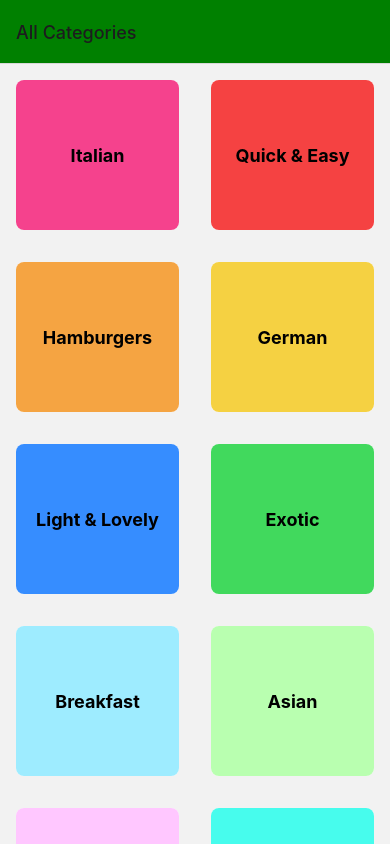
Repository: SyLe-Van/Food-Category-App
Screen: /
These files come from the project's save history. The screen is drawn as it stood at one moment and after the next save; the edit follows.
An inner scrolling area shows only its first screen. The app was drawn by React Native's web renderer in a window 390 px wide. The project was rebuilt for these pictures with package versions that can differ from the ones it lists, and the page was loaded fresh each time. Also part of the build but not shown: components/MealItem.js, screens/MealsOverViewScreen.js.

Above is the screen before, as saved 2024-02-19 14:41:30.

### App.js
import { StatusBar } from "expo-status-bar";
import { StyleSheet } from "react-native";
import { NavigationContainer } from "@react-navigation/native";
import { createNativeStackNavigator } from "@react-navigation/native-stack";

import CategoriesScreen from "./screens/CategoriesScreen";
import MealsOverviewScreen from "./screens/MealsOverViewScreen";

const Stack = createNativeStackNavigator();

export default function App() {
  return (
    <>
      <StatusBar style="dark" />
      <NavigationContainer>
        <Stack.Navigator>
          <Stack.Screen
            name="MealsCategories"
            component={CategoriesScreen}
            options={{
              title: "All Categories",
              headerStyle: {
                backgroundColor: "green",
              },
            }}
          />
          <Stack.Screen name="MealsOverview" component={MealsOverviewScreen} />
        </Stack.Navigator>
      </NavigationContainer>
    </>
  );
}

const styles = StyleSheet.create({
  container: {
    flex: 1,
    backgroundColor: "#fff",
    alignItems: "center",
    justifyContent: "center",
  },
});

### screens/CategoriesScreen.js
import { FlatList } from "react-native";
import { CATEGORIES } from "../data/dummy-data";
import CategoryGridTile from "../components/CategoryGridTile";

function CategoriesScreen({ navigation }) {
  function renderCategoryItem(itemData) {
    function pressHandler() {
      navigation.navigate("MealsOverview", {
        categoryId: itemData.item.id,
      });
    }
    return (
      <CategoryGridTile
        title={itemData.item.title}
        color={itemData.item.color}
        onPress={pressHandler}
      />
    );
  }
  return (
    <FlatList
      data={CATEGORIES}
      keyExtractor={(item) => item.id}
      renderItem={renderCategoryItem}
      numColumns={2}
    />
  );
}
export default CategoriesScreen;

### data/dummy-data.js
import Category from "../models/category";
import Meal from "../models/meal";

export const CATEGORIES = [
  new Category("c1", "Italian", "#f5428d"),
  new Category("c2", "Quick & Easy", "#f54242"),
  new Category("c3", "Hamburgers", "#f5a442"),
  new Category("c4", "German", "#f5d142"),
  new Category("c5", "Light & Lovely", "#368dff"),
  new Category("c6", "Exotic", "#41d95d"),
  new Category("c7", "Breakfast", "#9eecff"),
  new Category("c8", "Asian", "#b9ffb0"),
  new Category("c9", "French", "#ffc7ff"),
  new Category("c10", "Summer", "#47fced"),
];

export const MEALS = [
  new Meal(
    "m1",
    ["c1", "c2"],
    "Spaghetti with Tomato Sauce",
    "affordable",
    "simple",
    "https://upload.wikimedia.org/wikipedia/commons/thumb/2/20/Spaghetti_Bolognese_mit_Parmesan_oder_Grana_Padano.jpg/800px-Spaghetti_Bolognese_mit_Parmesan_oder_Grana_Padano.jpg",
    20,
    [
      "4 Tomatoes",
      "1 Tablespoon of Olive Oil",
      "1 Onion",
      "250g Spaghetti",
      "Spices",
      "Cheese (optional)",
    ],
    [
      "Cut the tomatoes and the onion into small pieces.",
      "Boil some water - add salt to it once it boils.",
      "Put the spaghetti into the boiling water - they should be done in about 10 to 12 minutes.",
      "In the meantime, heaten up some olive oil and add the cut onion.",
      "After 2 minutes, add the tomato pieces, salt, pepper and your other spices.",
      "The sauce will be done once the spaghetti are.",
      "Feel free to add some cheese on top of the finished dish.",
    ],
    false,
    true,
    true,
    true
  ),

  new Meal(
    "m2",
    ["c2"],
    "Toast Hawaii",
    "affordable",
    "simple",
    "https://cdn.pixabay.com/photo/2018/07/11/21/51/toast-3532016_1280.jpg",
    10,
    [
      "1 Slice White Bread",
      "1 Slice Ham",
      "1 Slice Pineapple",
      "1-2 Slices of Cheese",
      "Butter",
    ],
    [
      "Butter one side of the white bread",
      "Layer ham, the pineapple and cheese on the white bread",
      "Bake the toast for round about 10 minutes in the oven at 200°C",
    ],
    false,
    false,
    false,
    false
  ),

  new Meal(
    "m3",
    ["c3"],
    "Classic Hamburger",
    "pricey",
    "simple",
    "https://cdn.pixabay.com/photo/2014/10/23/18/05/burger-500054_1280.jpg",
    45,
    [
      "300g Cattle Hack",
      "1 Tomato",
      "1 Cucumber",
      "1 Onion",
      "Ketchup",
      "2 Burger Buns",
    ],
    [
      "Form 2 patties",
      "Fry the patties for c. 4 minutes on each side",
      "Quickly fry the buns for c. 1 minute on each side",
      "Bruch buns with ketchup",
      "Serve burger with tomato, cucumber and onion",
    ],
    false,
    false,
    false,
    true
  ),

  new Meal(
    "m4",
    ["c4"],
    "Wiener Schnitzel",
    "luxurious",
    "challenging",
    "https://cdn.pixabay.com/photo/2018/03/31/19/29/schnitzel-3279045_1280.jpg",
    60,
    [
      "8 Veal Cutlets",
      "4 Eggs",
      "200g Bread Crumbs",
      "100g Flour",
      "300ml Butter",
      "100g Vegetable Oil",
      "Salt",
      "Lemon Slices",
    ],
    [
      "Tenderize the veal to about 2–4mm, and salt on both sides.",
      "On a flat plate, stir the eggs briefly with a fork.",
      "Lightly coat the cutlets in flour then dip into the egg, and finally, coat in breadcrumbs.",
      "Heat the butter and oil in a large pan (allow the fat to get very hot) and fry the schnitzels until golden brown on both sides.",
      "Make sure to toss the pan regularly so that the schnitzels are surrounded by oil and the crumbing becomes ‘fluffy’.",
      "Remove, and drain on kitchen paper. Fry the parsley in the remaining oil and drain.",
      "Place the schnitzels on awarmed plate and serve garnishedwith parsley and slices of lemon.",
    ],
    false,
    false,
    false,
    false
  ),

  new Meal(
    "m5",
    ["c2", "c5", "c10"],
    "Salad with Smoked Salmon",
    "luxurious",
    "simple",
    "https://cdn.pixabay.com/photo/2016/10/25/13/29/smoked-salmon-salad-1768890_1280.jpg",
    15,
    [
      "Arugula",
      "Lamb's Lettuce",
      "Parsley",
      "Fennel",
      "200g Smoked Salmon",
      "Mustard",
      "Balsamic Vinegar",
      "Olive Oil",
      "Salt and Pepper",
    ],
    [
      "Wash and cut salad and herbs",
      "Dice the salmon",
      "Process mustard, vinegar and olive oil into a dessing",
      "Prepare the salad",
      "Add salmon cubes and dressing",
    ],
    true,
    false,
    true,
    true
  ),

  new Meal(
    "m6",
    ["c6", "c10"],
    "Delicious Orange Mousse",
    "affordable",
    "hard",
    "https://cdn.pixabay.com/photo/2017/05/01/05/18/pastry-2274750_1280.jpg",
    240,
    [
      "4 Sheets of Gelatine",
      "150ml Orange Juice",
      "80g Sugar",
      "300g Yoghurt",
      "200g Cream",
      "Orange Peel",
    ],
    [
      "Dissolve gelatine in pot",
      "Add orange juice and sugar",
      "Take pot off the stove",
      "Add 2 tablespoons of yoghurt",
      "Stir gelatin under remaining yoghurt",
      "Cool everything down in the refrigerator",
      "Whip the cream and lift it under die orange mass",
      "Cool down again for at least 4 hours",
      "Serve with orange peel",
    ],
    true,
    false,
    true,
    false
  ),

  new Meal(
    "m7",
    ["c7"],
    "Pancakes",
    "affordable",
    "simple",
    "https://cdn.pixabay.com/photo/2018/07/10/21/23/pancake-3529653_1280.jpg",
    20,
    [
      "1 1/2 Cups all-purpose Flour",
      "3 1/2 Teaspoons Baking Powder",
      "1 Teaspoon Salt",
      "1 Tablespoon White Sugar",
      "1 1/4 cups Milk",
      "1 Egg",
      "3 Tablespoons Butter, melted",
    ],
    [
      "In a large bowl, sift together the flour, baking powder, salt and sugar.",
      "Make a well in the center and pour in the milk, egg and melted butter; mix until smooth.",
      "Heat a lightly oiled griddle or frying pan over medium high heat.",
      "Pour or scoop the batter onto the griddle, using approximately 1/4 cup for each pancake. Brown on both sides and serve hot.",
    ],
    true,
    false,
    true,
    false
  ),

  new Meal(
    "m8",
    ["c8"],
    "Creamy Indian Chicken Curry",
    "pricey",
    "challenging",
    "https://cdn.pixabay.com/photo/2018/06/18/16/05/indian-food-3482749_1280.jpg",
    35,
    [
      "4 Chicken Breasts",
      "1 Onion",
      "2 Cloves of Garlic",
      "1 Piece of Ginger",
      "4 Tablespoons Almonds",
      "1 Teaspoon Cayenne Pepper",
      "500ml Coconut Milk",
    ],
    [
      "Slice and fry the chicken breast",
      "Process onion, garlic and ginger into paste and sauté everything",
      "Add spices and stir fry",
      "Add chicken breast + 250ml of water and cook everything for 10 minutes",
      "Add coconut milk",
      "Serve with rice",
    ],
    true,
    false,
    false,
    true
  ),

  new Meal(
    "m9",
    ["c9"],
    "Chocolate Souffle",
    "affordable",
    "hard",
    "https://cdn.pixabay.com/photo/2014/08/07/21/07/souffle-412785_1280.jpg",
    45,
    [
      "1 Teaspoon melted Butter",
      "2 Tablespoons white Sugar",
      "2 Ounces 70% dark Chocolate, broken into pieces",
      "1 Tablespoon Butter",
      "1 Tablespoon all-purpose Flour",
      "4 1/3 tablespoons cold Milk",
      "1 Pinch Salt",
      "1 Pinch Cayenne Pepper",
      "1 Large Egg Yolk",
      "2 Large Egg Whites",
      "1 Pinch Cream of Tartar",
      "1 Tablespoon white Sugar",
    ],
    [
      "Preheat oven to 190°C. Line a rimmed baking sheet with parchment paper.",
      "Brush bottom and sides of 2 ramekins lightly with 1 teaspoon melted butter; cover bottom and sides right up to the rim.",
      "Add 1 tablespoon white sugar to ramekins. Rotate ramekins until sugar coats all surfaces.",
      "Place chocolate pieces in a metal mixing bowl.",
      "Place bowl over a pan of about 3 cups hot water over low heat.",
      "Melt 1 tablespoon butter in a skillet over medium heat. Sprinkle in flour. Whisk until flour is incorporated into butter and mixture thickens.",
      "Whisk in cold milk until mixture becomes smooth and thickens. Transfer mixture to bowl with melted chocolate.",
      "Add salt and cayenne pepper. Mix together thoroughly. Add egg yolk and mix to combine.",
      "Leave bowl above the hot (not simmering) water to keep chocolate warm while you whip the egg whites.",
      "Place 2 egg whites in a mixing bowl; add cream of tartar. Whisk until mixture begins to thicken and a drizzle from the whisk stays on the surface about 1 second before disappearing into the mix.",
      "Add 1/3 of sugar and whisk in. Whisk in a bit more sugar about 15 seconds.",
      "whisk in the rest of the sugar. Continue whisking until mixture is about as thick as shaving cream and holds soft peaks, 3 to 5 minutes.",
      "Transfer a little less than half of egg whites to chocolate.",
      "Mix until egg whites are thoroughly incorporated into the chocolate.",
      "Add the rest of the egg whites; gently fold into the chocolate with a spatula, lifting from the bottom and folding over.",
      "Stop mixing after the egg white disappears. Divide mixture between 2 prepared ramekins. Place ramekins on prepared baking sheet.",
      "Bake in preheated oven until scuffles are puffed and have risen above the top of the rims, 12 to 15 minutes.",
    ],
    true,
    false,
    true,
    false
  ),
  new Meal(
    "m10",
    ["c2", "c5", "c10"],
    "Asparagus Salad with Cherry Tomatoes",
    "luxurious",
    "simple",
    "https://cdn.pixabay.com/photo/2018/04/09/18/26/asparagus-3304997_1280.jpg",
    30,
    [
      "White and Green Asparagus",
      "30g Pine Nuts",
      "300g Cherry Tomatoes",
      "Salad",
      "Salt, Pepper and Olive Oil",
    ],
    [
      "Wash, peel and cut the asparagus",
      "Cook in salted water",
      "Salt and pepper the asparagus",
      "Roast the pine nuts",
      "Halve the tomatoes",
      "Mix with asparagus, salad and dressing",
      "Serve with Baguette",
    ],
    true,
    true,
    true,
    true
  ),
];

### components/CategoryGridTile.js
import { Pressable, View, Text, StyleSheet, Platform } from "react-native";
import { useNavigation } from "@react-navigation/native";
function CategoryGridItem({ title, color, onPress, Navigation }) {
  return (
    <View style={styles.gridItem}>
      <Pressable
        style={({ pressed }) => [
          styles.button,
          pressed ? styles.buttonPressed : null,
        ]}
        onPress={onPress}
      >
        <View style={[styles.innerContainer, { backgroundColor: color }]}>
          <Text style={styles.title}>{title}</Text>
        </View>
      </Pressable>
    </View>
  );
}
export default CategoryGridItem;

const styles = StyleSheet.create({
  gridItem: {
    flex: 1,
    margin: 16,
    height: 150,
    borderRadius: 8,
    backgroundColor: "white",
    shadowColor: "black",
    shadowOpacity: 0.25,
    shadowOffset: { width: 0, height: 2 },
    shadowOffset: 8,
    overflow: Platform.OS === "android" ? "hidden" : "visible",
  },
  button: {
    flex: 1,
  },
  buttonPressed: {
    opacity: 0.5,
  },
  innerContainer: {
    flex: 1,
    justifyContent: "center",
    padding: 16,
    alignItems: "center",
    borderRadius: 8,
  },
  title: {
    fontWeight: "bold",
    fontSize: 18,
  },
});

Loaded but not shown: models/category.js (common file); models/meal.js (common file)

After the next save:
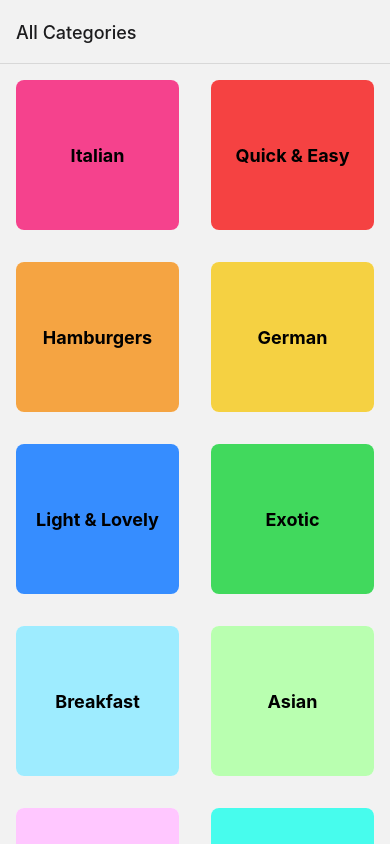
Saved 9 s later.
--- a/App.js
+++ b/App.js
@@ -20,7 +20,7 @@ export default function App() {
             options={{
               title: "All Categories",
               headerStyle: {
-                backgroundColor: "green",
+                backgroundColor: "White",
               },
             }}
           />
